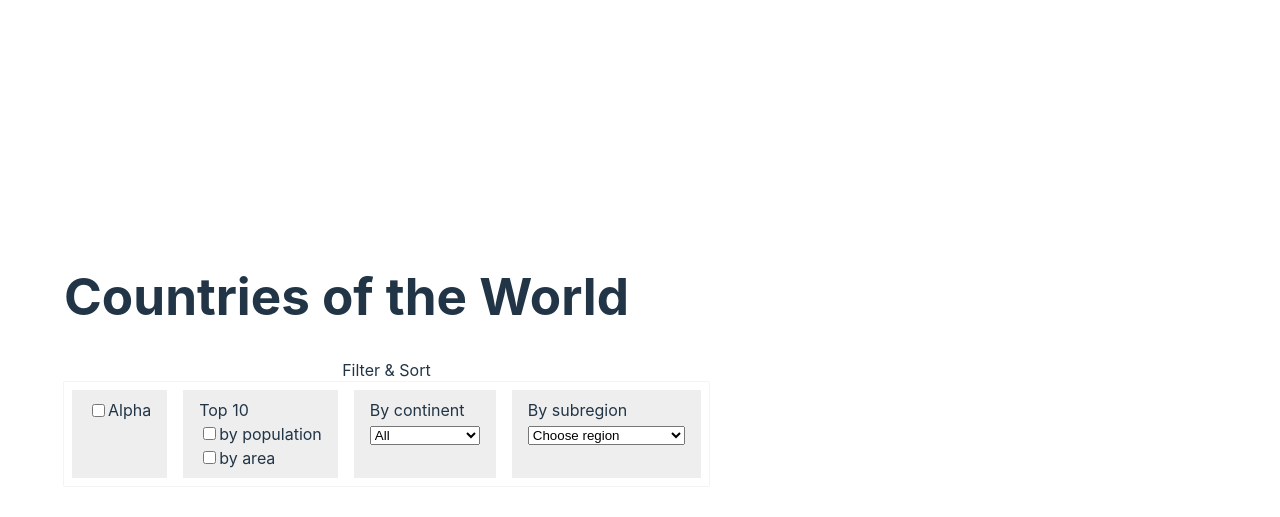
Repository: SamanthaYan298/my_countries
Page: /
These files come from the project's save history. The page is drawn as it stood at one moment and after the next save; the edit follows.
The browser window is 1280 px wide. The pictures show the whole page.
The project was rebuilt for these pictures with package versions that can differ from the ones it lists, and the page was loaded fresh each time. Also part of the build but not shown: vite.config.js.

Above is the page before, as saved 2024-11-04 17:53:59.

After the next save:
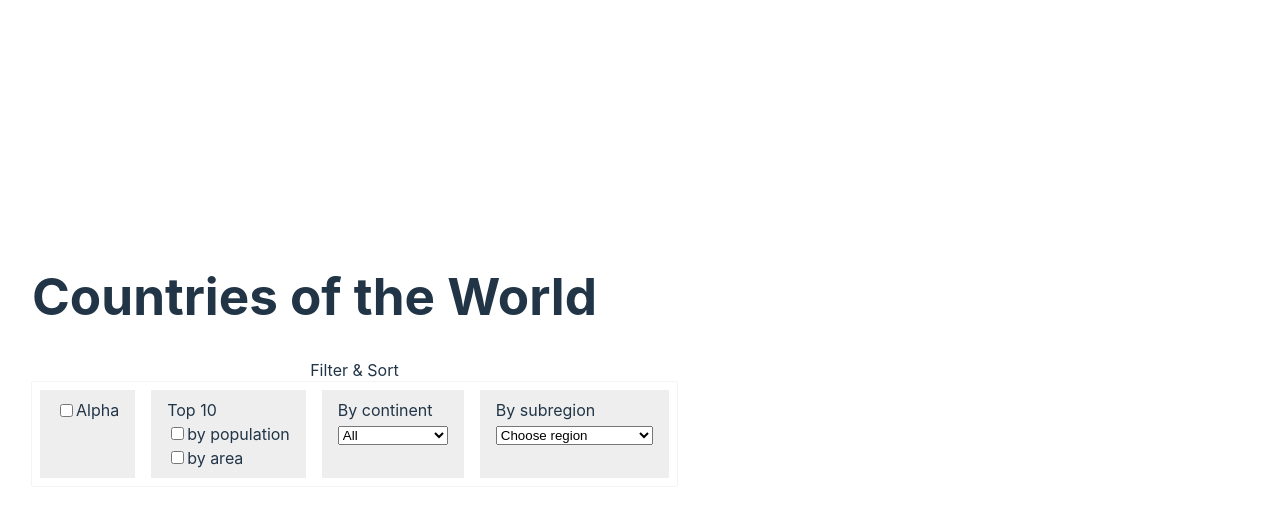
Saved 6 s later.
--- a/src/App.jsx
+++ b/src/App.jsx
@@ -4,7 +4,7 @@ import './App.css'
 function App() {
 
   return (
-    <div id="root">
+    <div>
       <h1>Countries of the World</h1>
       <div className="container">
         <div className='inner-container'>
